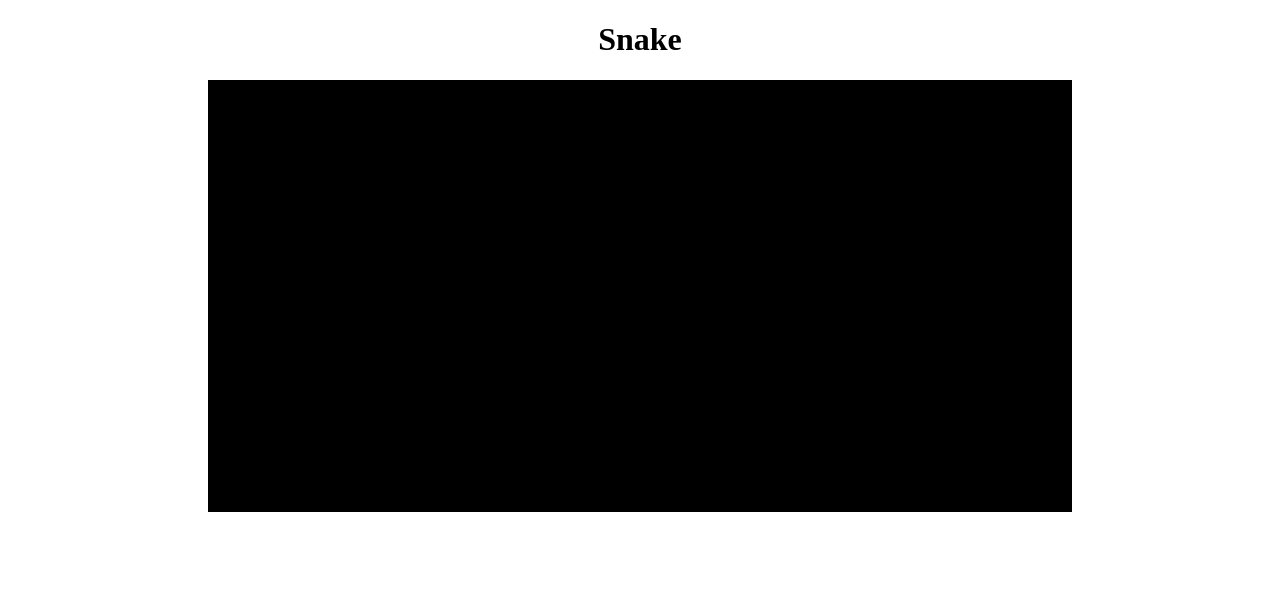
Repository: Ellisvelandia/snake
Page: index.html
An editor plug-in stored every save of this project. The page is shown before and after the next save, followed by the edit.
The browser window is 1280 px wide. The pictures show the whole page.

Above is the page before, as saved 2022-08-26 23:16:06.

After the next save:
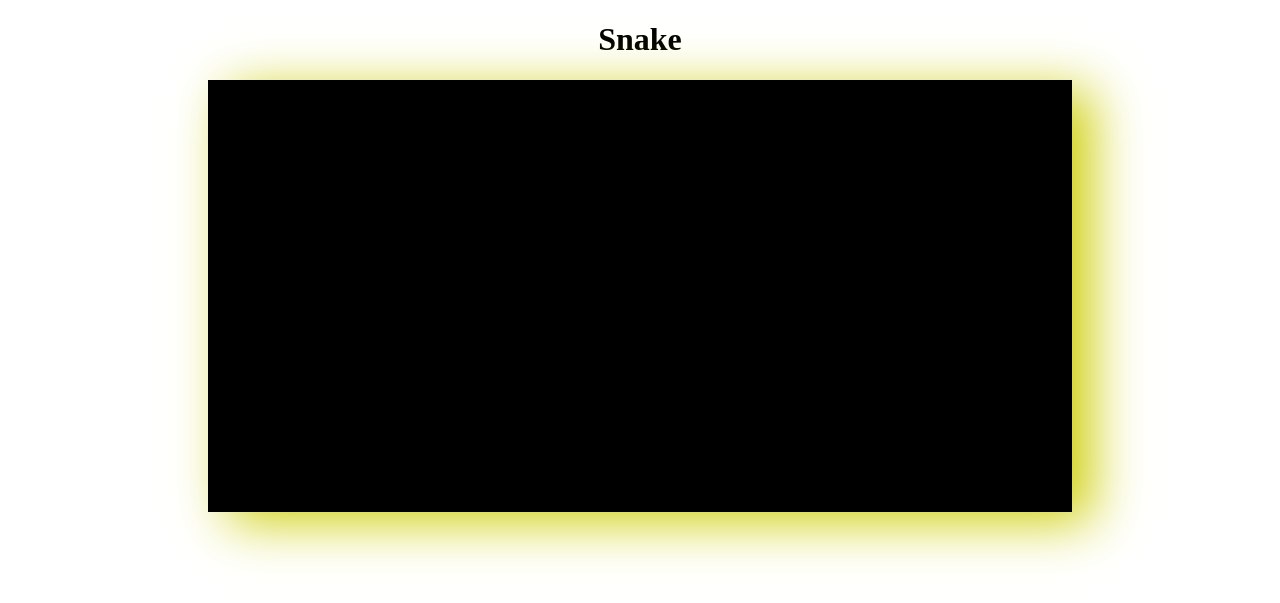
Saved 6 s later.
--- a/style.css
+++ b/style.css
@@ -8,7 +8,7 @@ body {
 }
 
 canvas {
-  box-shadow: #cece0g 20px 10px 50px;
+  box-shadow: #cece0b 20px 10px 50px;
   max-width:  80vw;
   height: 60vh;
 }
